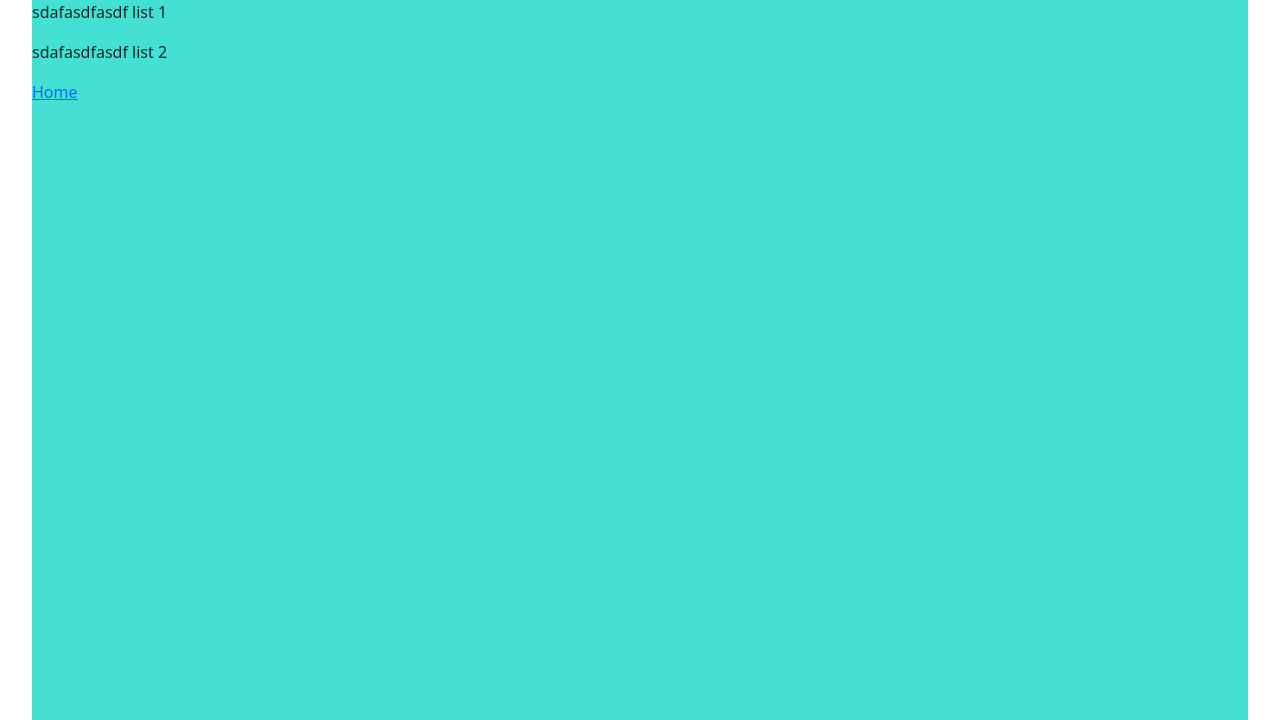
Repository: collegedude9300/zenstationnext
Page: /MenuNature
The author's editor kept a copy of each file at every save. The page is drawn from the files as they stood at one save, then again after the next save.
The browser window is 1280 px wide. The pictures show the whole page.
The project was rebuilt for these pictures with package versions that can differ from the ones it lists, and the page was loaded fresh each time. The framework's server and built-in components were replaced by stand-ins that run in the browser. Also part of the build but not shown: next.config.js.

Above is the page before, as saved 2022-10-11 13:48:03.

### pages/MenuNature.js

import Head from 'next/head'
import Image from 'next/image'
import styles from '../styles/Home.module.css'
import 'bootstrap/dist/css/bootstrap.css'
import Link from 'next/link'
export default function MenuNature() {
return (
    <div className={styles.container}>
      <Head>
        <title>About</title>
        <meta name="description" content="Generated by create next app" />
        <link rel="icon" href="/favicon.ico" />
      </Head>
      <main className={styles.pages}>
<p>sdafasdfasdf list 1</p>
<p>sdafasdfasdf list 2</p>
<Link href="/">
<a>Home</a>
</Link>
</main>
</div>
)}

### styles/Home.module.css
.container {
  padding: 0 2rem;
}
.pages{
  background-color: #43e0d3;
  min-height: 100vh;
}
.main {
  min-height: 100vh;
  padding: 4rem 0;
  flex: 1;
  display: flex;
  flex-direction: column;
  justify-content: center;
  align-items: center;
}

.footer {
  display: flex;
  flex: 1;
  padding: 2rem 0;
  border-top: 1px solid #eaeaea;
  justify-content: center;
  align-items: center;
}

.footer a {
  display: flex;
  justify-content: center;
  align-items: center;
  flex-grow: 1;
}

.title a {
  color: #0070f3;
  text-decoration: none;
}

.title a:hover,
.title a:focus,
.title a:active {
  text-decoration: underline;
}

.title {
  margin: 0;
  line-height: 1.15;
  font-size: 4rem;
}

.title,
.description {
  text-align: center;
}

.description {
  margin: 4rem 0;
  line-height: 1.5;
  font-size: 1.5rem;
}

.code {
  background: #fafafa;
  border-radius: 5px;
  padding: 0.75rem;
  font-size: 1.1rem;
  font-family: Menlo, Monaco, Lucida Console, Liberation Mono, DejaVu Sans Mono,
    Bitstream Vera Sans Mono, Courier New, monospace;
}

.grid {
  display: flex;
  align-items: center;
  justify-content: center;
  flex-wrap: wrap;
  max-width: 800px;
}

.card {
  margin: 1rem;
  padding: 1.5rem;
  text-align: left;
  color: inherit;
  text-decoration: none;
  border: 1px solid #eaeaea;
  border-radius: 10px;
  transition: color 0.15s ease, border-color 0.15s ease;
  max-width: 300px;
}

.card:hover,
.card:focus,
.card:active {
  color: #0070f3;
  border-color: #0070f3;
}

.card h2 {
  margin: 0 0 1rem 0;
  font-size: 1.5rem;
}

.card p {
  margin: 0;
  font-size: 1.25rem;
  line-height: 1.5;
}

.logo {
  height: 1em;
  margin-left: 0.5rem;
}

@media (max-width: 600px) {
  .grid {
    width: 100%;
    flex-direction: column;
  }
}

@media (prefers-color-scheme: dark) {
  .card,
  .footer {
    border-color: #222;
  }
  .code {
    background: #111;
  }
  .logo img {
    filter: invert(1);
  }
}

Loaded but not shown: pages/_app.js (common file); styles/globals.css (common file)

After the next save:
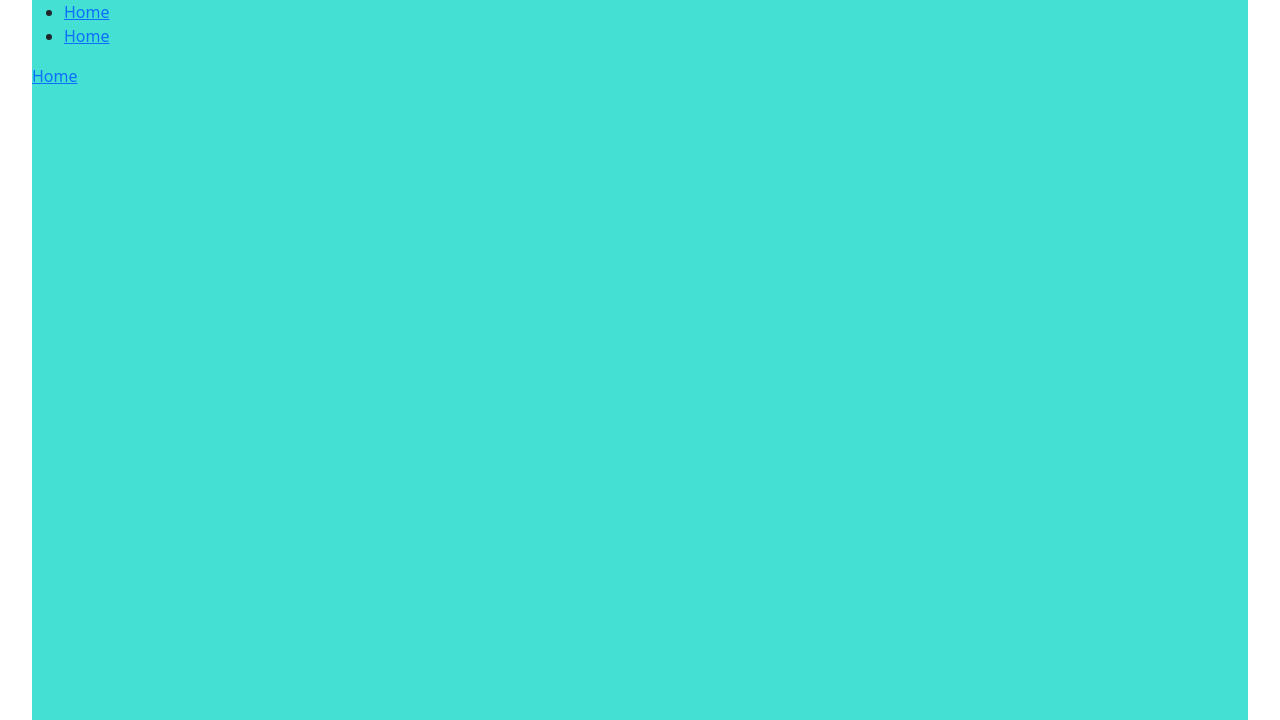
Saved 2 min 29 s later.
--- a/pages/MenuNature.js
+++ b/pages/MenuNature.js
@@ -13,8 +13,18 @@ return (
         <link rel="icon" href="/favicon.ico" />
       </Head>
       <main className={styles.pages}>
-<p>sdafasdfasdf list 1</p>
-<p>sdafasdfasdf list 2</p>
+        <ul>
+          <li>
+          <Link href="/">
+          <a>Home</a>
+          </Link>
+          </li>
+          <li>
+          <Link href="/">
+          <a>Home</a>
+          </Link>
+          </li>
+          </ul>
 <Link href="/">
 <a>Home</a>
 </Link>
